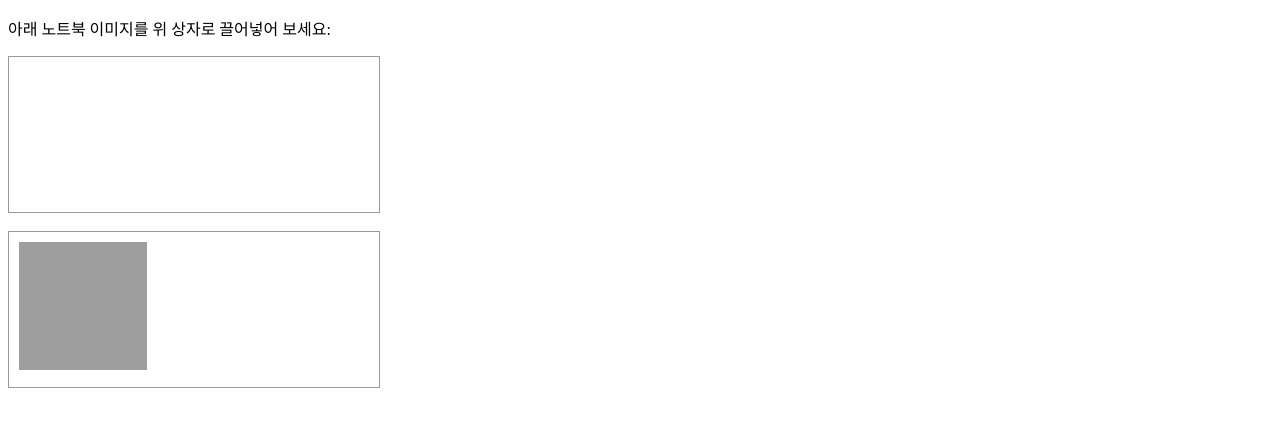
Repository: leetaehyeon123/SpringBaseSources
Page: http://localhost/DAD/
These files come from the project's save history. The page is drawn as it stood at one moment and after the next save; the edit follows.
The browser window is 1280 px wide. The pictures show the whole page.
Pictures or frames that could not be fetched are drawn as grey boxes. The page is served by Tomcat 9.

Above is the page before, as saved 2020-06-28 01:35:11.

After the next save:
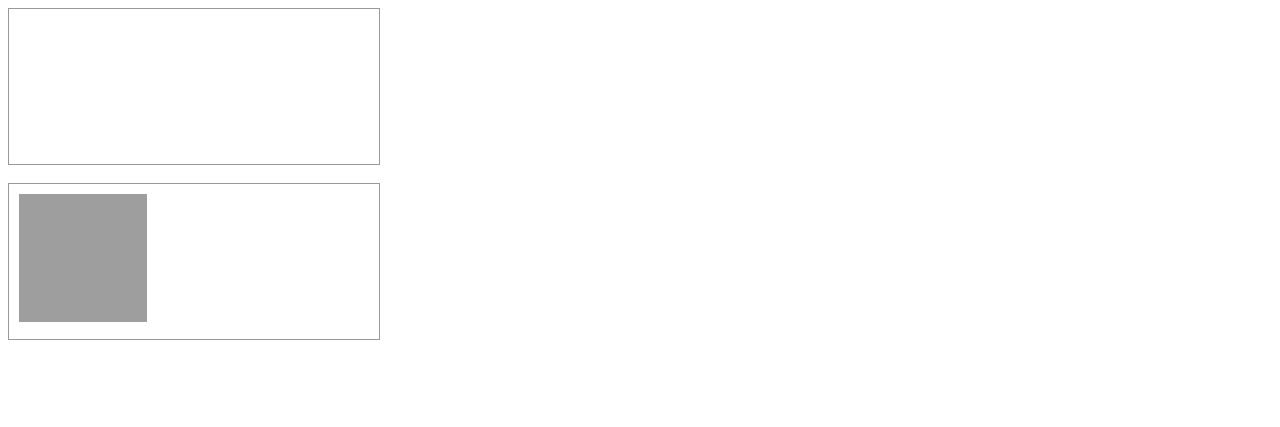
Saved 31 s later.
--- a/드래그앤드롭 소스코드/DragAndDrop/DAD/src/main/webapp/WEB-INF/views/main.jsp
+++ b/드래그앤드롭 소스코드/DragAndDrop/DAD/src/main/webapp/WEB-INF/views/main.jsp
@@ -28,8 +28,6 @@ function drop(ev) {
 </head>
 <body>
 
-<p>아래 노트북 이미지를 위 상자로 끌어넣어 보세요:</p>
-
 <div id="div1" ondrop="drop(event)" ondragover="allowDrop(event)"></div>
 <br>
 <div id="div2" ondrop="drop(event)" ondragover="allowDrop(event)">
